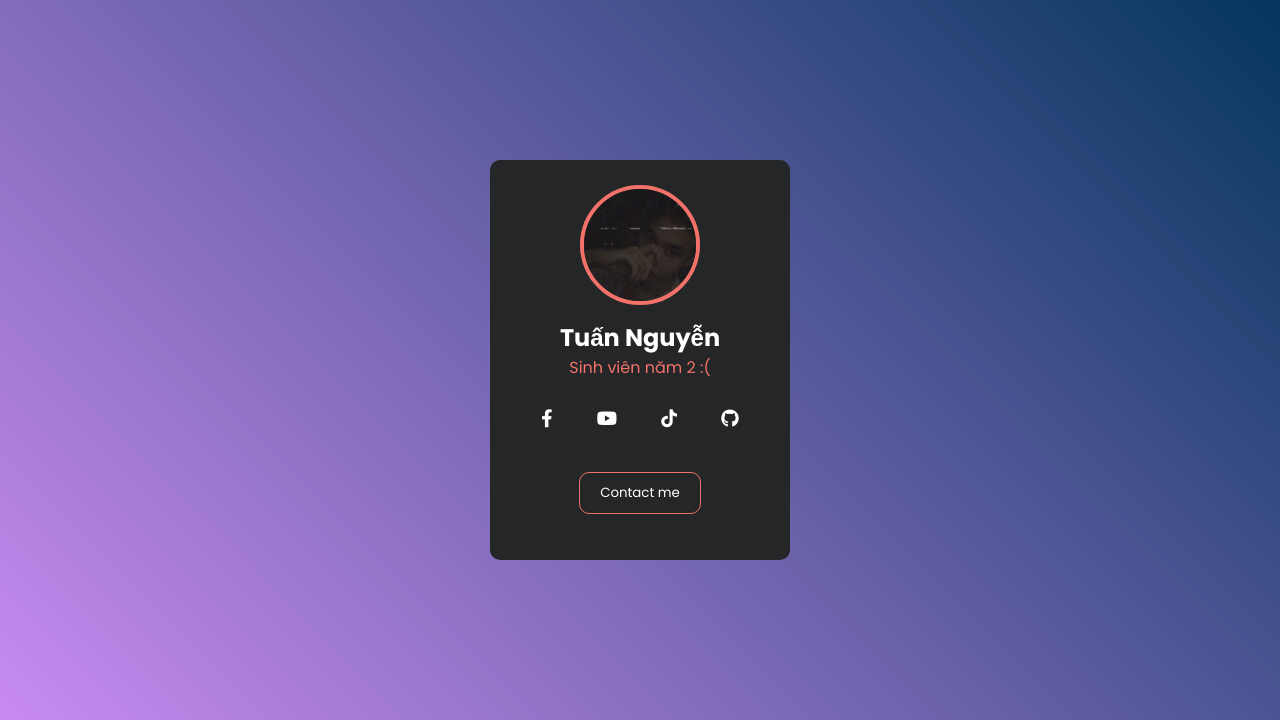
Repository: Zenchancute/HTML-CSS-tutorial-
Page: profile/index.html
These files come from the project's save history. The page is drawn as it stood at one moment and after a run of saves; the edit follows.
The browser window is 1280 px wide. The pictures show the whole page.

Above is the page before, as saved 2021-11-28 20:03:43.

### profile/index.html
<!DOCTYPE html>
<html lang="en">

<head>
    <meta charset="UTF-8" />
    <meta http-equiv="X-UA-Compatible" content="IE=edge" />
    <meta name="viewport" content="width=device-width, initial-scale=1.0" />
    <title>Profile Card</title>
    <link rel="stylesheet" href="https://cdnjs.cloudflare.com/ajax/libs/font-awesome/6.0.0-beta2/css/all.min.css" integrity="sha512-YWzhKL2whUzgiheMoBFwW8CKV4qpHQAEuvilg9FAn5VJUDwKZZxkJNuGM4XkWuk94WCrrwslk8yWNGmY1EduTA==" crossorigin="anonymous" referrerpolicy="no-referrer"
    />
    <link rel="stylesheet" href="style.css" />
</head>

<body>

    <div class="card">
        <div class="card__img">
            <img src="me.jpg" alt="Tôi nè :))" />
        </div>
        <h2>Tuấn Nguyễn</h2>
        <p>Sinh viên năm 2 :(</p>
        <div class="card__social">
            <a target="_black" href="https://www.facebook.com/dangisme2992002/">
                <i class="fab fa-facebook-f"></i>
            </a>
            <a target="_black" href="https://www.youtube.com/channel/UCCA5PB0ALMlkt_aprlgMFyg">
                <i class="fab fa-youtube"></i>
            </a>
            <a target="_black">
                <i class="fab fa-tiktok"></i>
            </a>
            <a target="_black">
                <i class="fab fa-github"></i>
            </a>
        </div>
        <button>Contact me</button>
    </div>

</body>

</html>

### profile/style.css
@import url('https://fonts.googleapis.com/css?family=Poppins:400,500,600,700&display=swap');
:root {
    --pink-color: #f2726a;
}

* {
    margin: 0;
    padding: 0;
    box-sizing: border-box;
    font-family: 'Poppins', sans-serif;
}

body {
    height: 100vh;
    background: linear-gradient(45deg, #c98bf1, #05365e);
    display: flex;
    justify-content: center;
    align-items: center;
}

.card {
    width: 300px;
    height: 400px;
    border-radius: 10px;
    text-align: center;
    background-color: #242628;
    overflow: hidden;
    margin: 0 30px;
}

.card__img {
    width: 120px;
    height: 120px;
    overflow: hidden;
    transition: 0.25s;
    margin: 0 auto;
    transform: translateY(25px);
    border-radius: 50%;
    border: 4px solid var(--pink-color);
    cursor: pointer;
}

.card__img:hover {
    width: 100%;
    height: 100%;
    border-radius: unset;
    border: unset;
    transform: unset;
}

img {
    width: 100%;
    height: 100%;
    object-fit: cover;
    object-position: center;
}

h2 {
    color: white;
    margin-top: 40px;
}

p {
    color: var(--pink-color);
}

.card__social a {
    text-decoration: none;
    color: white;
    margin: 25px 20px 40px;
    display: inline-block;
    font-size: 18px;
    transition: 0.25s;
}

.card__social a:hover {
    color: var(--pink-color);
}

button {
    outline: none;
    border: none;
    color: white;
    background-color: transparent;
    border: 1px solid var(--pink-color);
    padding: 10px 20px;
    border-radius: inherit;
    cursor: pointer;
    transition: 0.25s;
}

button:hover {
    background-color: var(--pink-color);
}

After the next 2 saves:
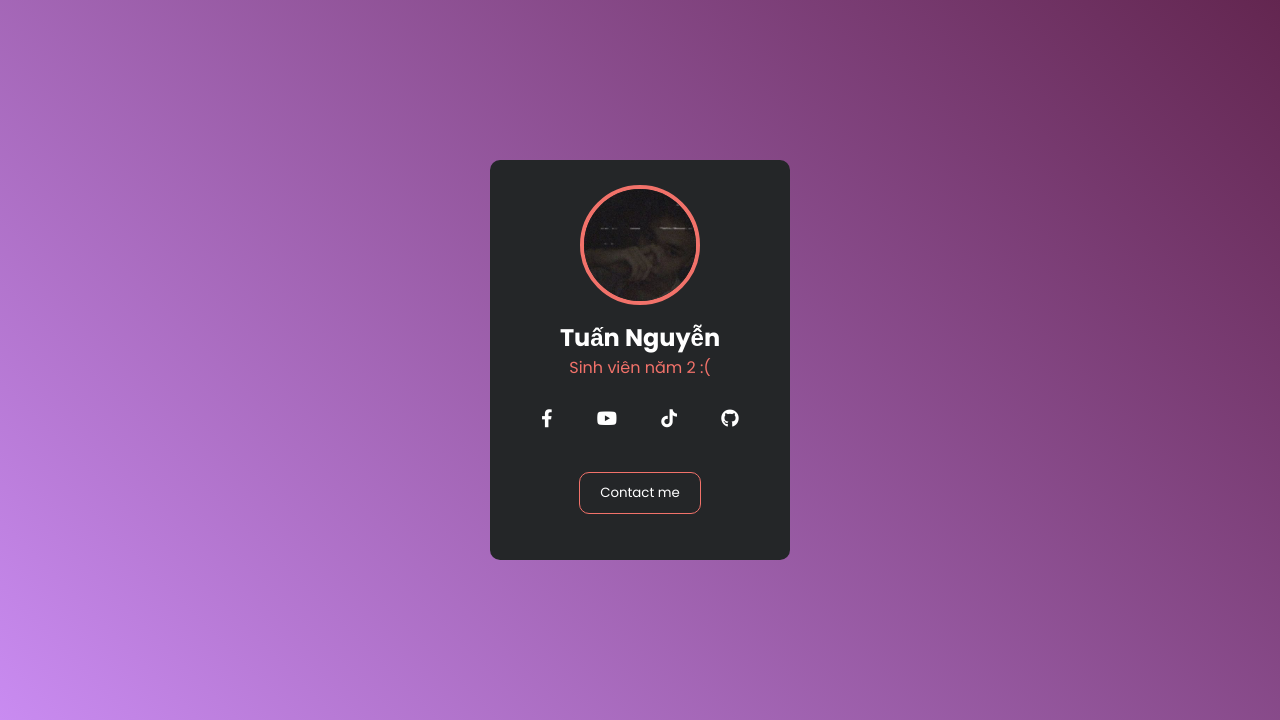
The 2 saves are shown as one change because they came seconds apart.
The last was saved 12 s later.
--- a/profile/style.css
+++ b/profile/style.css
@@ -12,7 +12,7 @@
 
 body {
     height: 100vh;
-    background: linear-gradient(45deg, #c98bf1, #05365e);
+    background: linear-gradient(45deg, #c98bf1, #632650);
     display: flex;
     justify-content: center;
     align-items: center;
